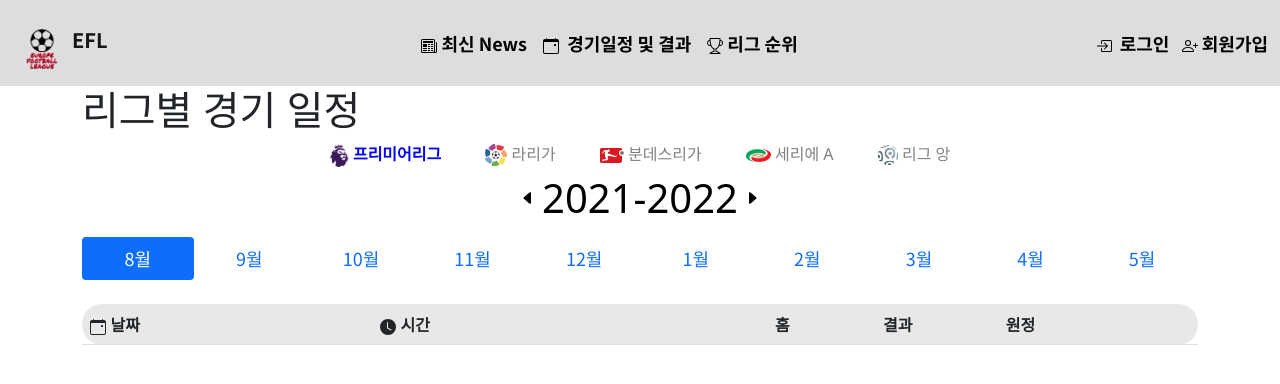
Repository: kylekimkim/uefa_project
Page: http://localhost/match/2122/list
An editor plug-in stored every save of this project. The page is shown before and after the next save, followed by the edit.
The browser window is 1280 px wide. The pictures show the whole page.
Some web fonts or font styles are not loaded; a fallback is used. The page is this project's Thymeleaf template; nobody is signed in. The template is opened directly, without the code that normally fills it, so the values that code supplies are empty.

Above is the page before, as saved 2022-07-22 08:13:22.

After the next save:
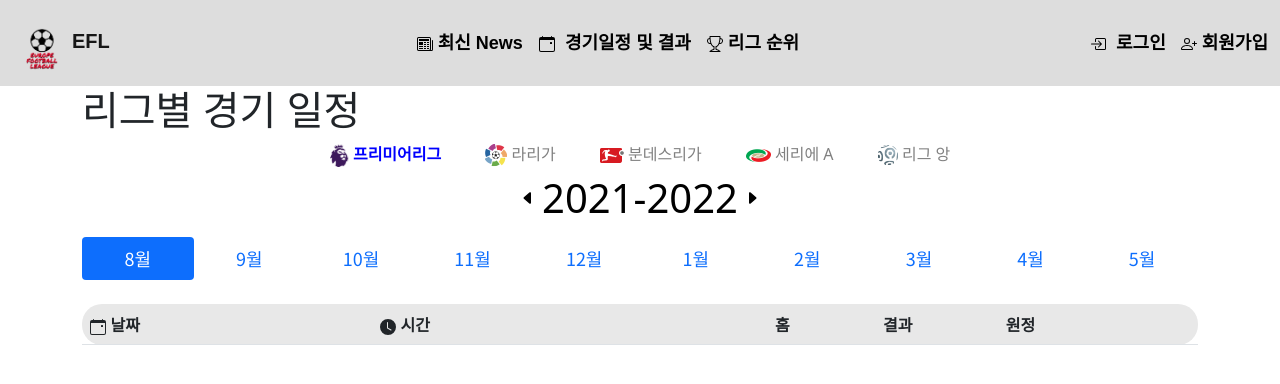
Saved 41 s later.
--- a/uefa_project/src/main/resources/templates/header_nav.html
+++ b/uefa_project/src/main/resources/templates/header_nav.html
@@ -31,8 +31,8 @@
 	</style>
 	<body>
 		<nav class="navbar navbar-expand-lg navbar-light" style="background-color:rgb(221, 221, 221);">
-			<div class="container-fluid">
-			    <a class="navbar-brand" href="/"><img src="/img/logo.png" alt="league_image" width=60px; style="font-family:'Mochiy Pop One', sans-serif;" >EFL</a>
+			<div class="container-fluid" style="font-family:'Mochiy Pop One', sans-serif;" >
+			    <a class="navbar-brand" href="/"><img src="/img/logo.png" alt="league_image" width=60px;>EFL</a>
 				<div class="collapse navbar-collapse justify-content-between" id="navbarNavDropdown">
 					<ul class="navbar-nav"  style="margin:auto">
 						<li class="nav-item" style="margin:auto">
